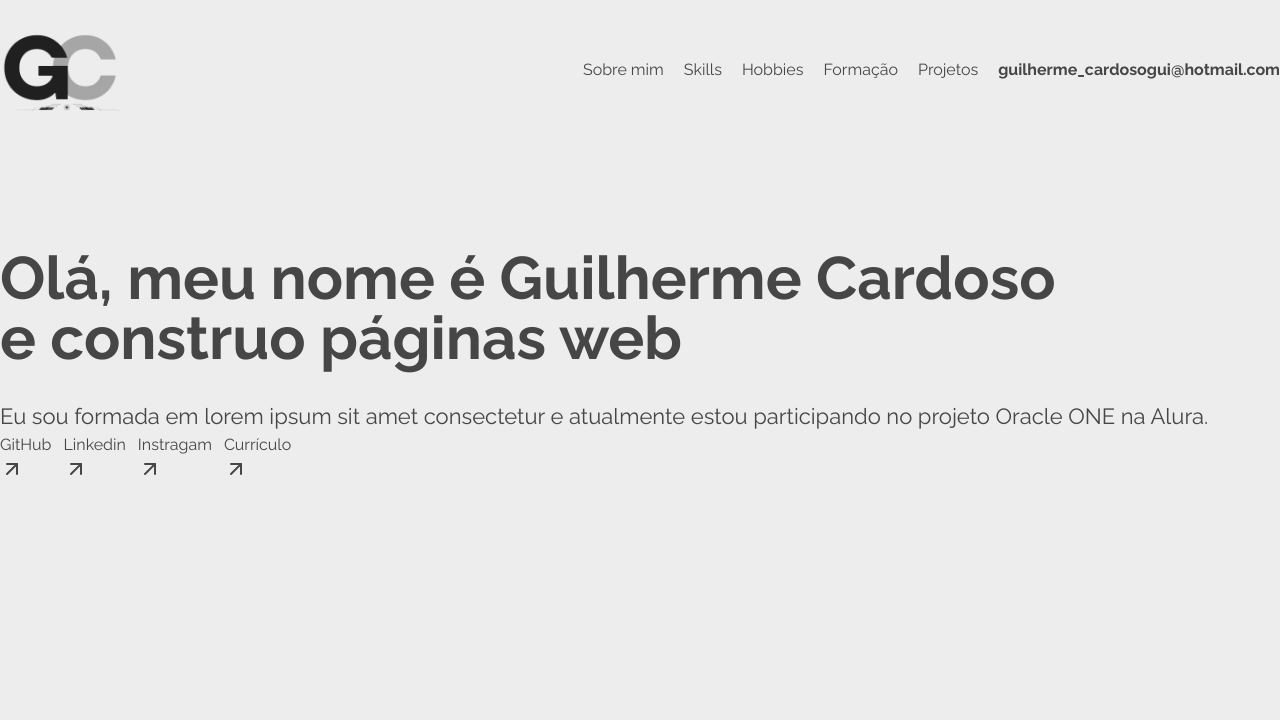
Repository: guilhermecardoso93/portfolio-alura-desafio
Page: /
These files come from the project's save history. The page is drawn as it stood at one moment and after the next save; the edit follows.
The browser window is 1280 px wide. The pictures show the whole page.
The project was rebuilt for these pictures with package versions that can differ from the ones it lists, and the page was loaded fresh each time. Also part of the build but not shown: vite.config.js.

Above is the page before, as saved 2024-04-06 20:10:32.

After the next save:
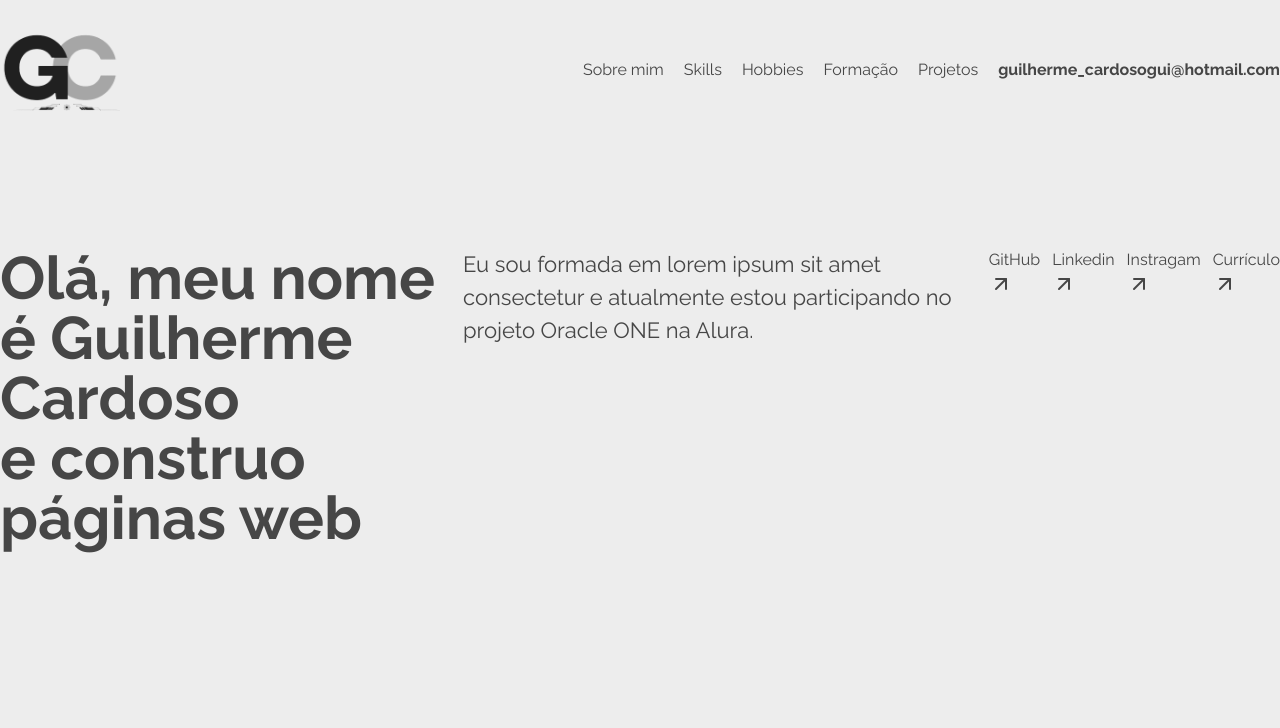
Saved 5 s later.
--- a/src/components/hero.jsx
+++ b/src/components/hero.jsx
@@ -3,7 +3,7 @@
 export function Hero() {
   return (
     <main className="py-32">
-      <div className="gap-7">
+      <div className="flex gap-7">
         <h1 className="text-6xl font-bold pb-8">
           Olá, meu nome é Guilherme Cardoso
           <br /> e construo páginas web
